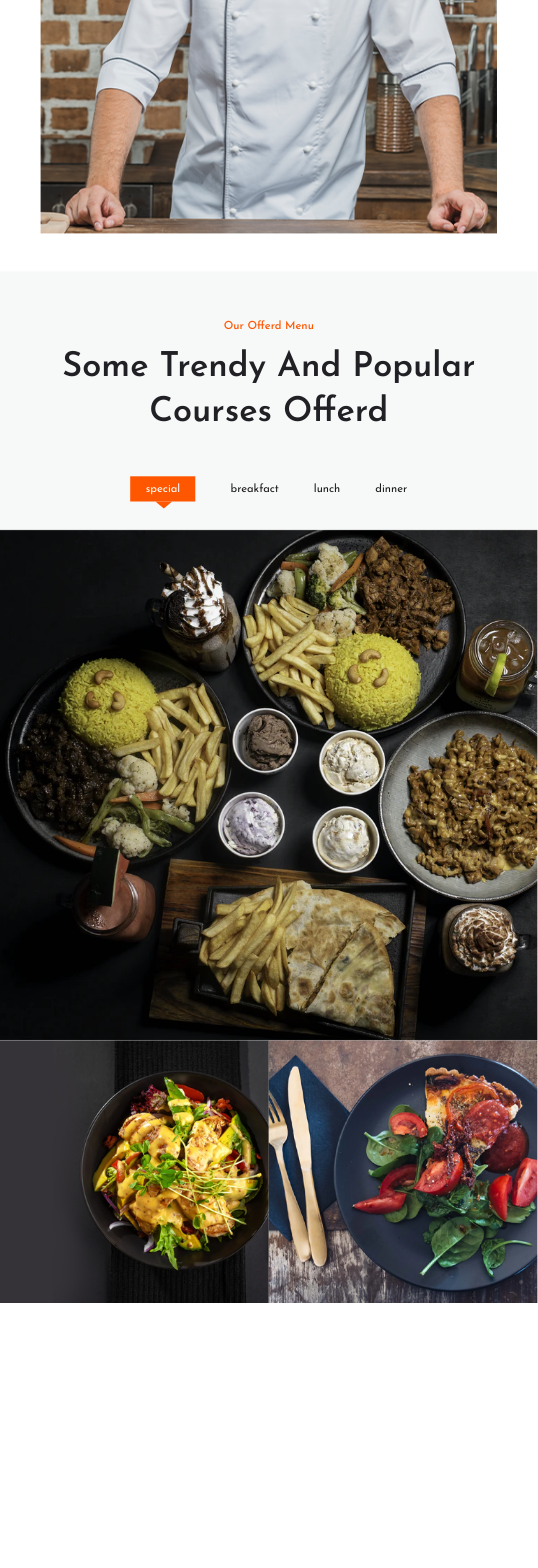
Repository: Ebtehal18/food
Page: index.html
These files come from the project's save history. The page is drawn as it stood at one moment and after the next save; the edit follows.
The browser window is 768 px wide. The pictures show the part of the page from y = 1519 to 3759 px (the page is 10000 px tall), at 70% of full size.

Above is the page before, as saved 2024-01-18 18:38:57.

### index.html
<!DOCTYPE html>
<html lang="en">
  <head>
    <meta charset="UTF-8" />
    <meta name="viewport" content="width=device-width, initial-scale=1.0" />
    <title>Food All</title>
    <link rel="preconnect" href="https://fonts.googleapis.com">
    <link rel="preconnect" href="https://fonts.gstatic.com" crossorigin>
    <link href="https://fonts.googleapis.com/css2?family=Josefin+Sans:wght@200;300;400;500;600;700&display=swap" rel="stylesheet">
    <link rel="stylesheet" href="asessets/css/style.css" />
    <link rel="stylesheet" href="asessets/css/External/all.min.css" />
  </head>
  <body>
    <!-- nav bar -->
    <header class="header">
      <div class="logo"><img src="asessets/imgs/logo.png" alt="logo" /></div>
      <label for="checkbox"><i class="fa-solid fa-bars"></i></label>
      <input type="checkbox" id="checkbox">
      <nav class="nav">
        <ul class="nav-list">
          <li class="list-item"><a href="#">Home</a></li>
          <li class="list-item"><a href="#">About</a></li>
          <li class="list-item"><a href="#">Menu</a></li>
          <li class="list-item">
            <a href="#">Blog</a>
            <ul class="dropdown-list">
              <li class="dropdown-item"><a href="#">Blog</a></li>
              <li class="dropdown-item"><a href="#">Blog Details</a></li>
              <li class="dropdown-item"><a href="#">Element</a></li>
            </ul>
          </li>
          <li class="list-item"><a href="#">Contact</a></li>
        </ul>
      </nav>
      <button class="btn btn-nav">Order Online</button>
    </header>

    <!-- hero -->

    <section class="hero">
      <div class="container">
        <div class="row">
         <div class="hero-content">
           <span class="span">Discover Your Teste</span>
          <h1>We belive good food offer great smile</h1>
          <p>
            Ut enim ad minim veniam, quis nostrud exercitation ullamco laboris
            nisi ut aliquip ex ea commodo consequat is aute irure.
          </p>
          <button class="btn-hero">Resurvation</button>
        </div>
          </div>
        </div>
      </div>
    </section>

  <!-- about -->
    <section class="about">
      <div class="container">
        <div class="row">
        <div class="about-content">
          <span class="span">Discover Your Teste</span>
          <h2>We Provide Good Food For Your Family!</h2>
          <p>Ut enim acgsd minim veniam, quxcis nostrud exercitation ullamco laboris nisi ufsit aliquip ex ea commodo consequat is aute irure m, quis nostrud exer.</p>
          <div class="row">
        <div class="about-detail">
          <div class="about-icon">
            <img src="asessets/imgs/cooking.png" alt="cooking">
          </div>
        <p>Ut enim ad minim veniam, quis nostrud exer.</p>
      </div>
        <div class="about-detail">
          <div class="about-icon">
            <img src="asessets/imgs/restaurant.png" alt="cooking">
          </div>
        <p>Ut enim ad minim veniam, quis nostrud exer.</p>
      </div>
        <div class="about-detail">
          <div class="about-icon">
            <img src="asessets/imgs/chef.png" alt="cooking">
          </div>
        <p>Ut enim ad minim veniam, quis nostrud exer.</p>
      </div>
        <div class="about-detail">
          <div class="about-icon">
            <img src="asessets/imgs/cooking.png" alt="cooking">
          </div>
        <p>Ut enim ad minim veniam, quis nostrud exer.</p>
      </div>
          </div>
        </div>
        <div class="about-img">
          <img src="asessets/imgs/about.png" alt="chef's img">
        </div>
        </div>
      </div>
    </section>
    <!-- menu -->
    <section class="menu-sec">
      <div class="menu">
         <div class="container">
        <div class="menu-heading">
          <span class="span">Our Offerd Menu</span>
          <h2>Some Trendy And Popular Courses Offerd</h2>
          <ul class="list-menu">
            <li class="menu-item"><a href="#">special</a></li>
            <li  class="menu-item"><a href="#">breakfact</a></li>
            <li  class="menu-item"><a href="#">lunch</a></li>
            <li  class="menu-item"><a href="#">dinner</a></li>
          </ul>
        </div>


      </div>
    </div>
      <div class="grid-menu">
        <div class="menu-img">
          <div class="overlay">
            <span class="span">$25</span>
            <h2>Delicious Food</h2>
            <p>Ut enim ad minim veniam quis nostr.</p>
            <button class="btn-hero">Order Now</button>
          </div>
        </div>
        <div class="menu-img"> <div class="overlay">
          <span class="span">$25</span>
          <h2>Delicious Food</h2>
          <p>Ut enim ad minim veniam quis nostr.</p>
          <button class="btn-hero">Order Now</button>
        </div></div>
        <div class="menu-img"> <div class="overlay">
          <span class="span">$25</span>
          <h2>Delicious Food</h2>
          <p>Ut enim ad minim veniam quis nostr.</p>
          <button class="btn-hero">Order Now</button>
        </div></div>
        <div class="menu-img"> <div class="overlay">
          <span class="span">$25</span>
          <h2>Delicious Food</h2>
          <p>Ut enim ad minim veniam quis nostr.</p>
          <button class="btn-hero">Order Now</button>
        </div></div>

      </div>
    </section>

  </body>
</html>

### asessets/css/style.css
/*
=======================================================
          public styles
======================================================= */
*,
*::after,
*::before {
  margin: 0;
  padding: 0;
  box-sizing: border-box;
}
html,
body {
  overflow-x: hidden;
}
body {
  font-family: "Josefin Sans", sans-serif;
  color: #141517;
  height: 10000px;
}
a {
  text-decoration: none;
}
li {
  list-style: none;
}
.container {
  width: 85%;
  margin: auto;
}
.row {
  display: flex;
  justify-content: space-between;
  align-items: flex-start;
}
.span {
  color: #ff5600;
  font-size: 16px;
  font-weight: 500;
  display: inline-block;
}

@media (max-width: 767px) {
  .row {
    flex-flow: column wrap;
  }
}

/*
=====================================================
            end public styles
=====================================================
 */

/* ===============
        navbar
 ================= */
.header {
  z-index: 999;
  display: flex;
  background-color: #fff;
  position: fixed;
  justify-content: space-around;
  align-items: center;
  top: 0;
  padding: 20px 65px;
  width: 100%;
}
.header .logo {
  width: 46%;
}
.header .nav .nav-list .list-item {
  padding: 0 30px;
  display: inline-block;
}
.header .nav .nav-list .list-item a {
  color: #141517;
  font-weight: 400;
  font-size: 16px;
  text-decoration: none;
}
.header .nav .nav-list .list-item a:hover {
  color: #ff5600;
}
.header .nav .nav-list .list-item:nth-child(4) {
  position: relative;
}
.header .nav .list-item .dropdown-list {
  padding: 10px 15px;
  background-color: #fff;
  position: absolute;
  top: 44px;
  left: -4px;
  opacity: 0;
  transition: all 0.4s ease-in;
  -webkit-transition: all 0.4s ease-in;
  -moz-transition: all 0.4s ease-in;
  -ms-transition: all 0.4s ease-in;
  -o-transition: all 0.4s ease-in;
}
.header .nav .nav-list .list-item:nth-child(4):hover .dropdown-list {
  opacity: 1;
  top: 63px;
}

.header .nav .list-item .dropdown-list li {
  width: 140px;
  display: inline-block;
  margin-bottom: 20px;
}
.header .btn {
  position: relative;
  z-index: 1;
  cursor: pointer;
  color: #464d65;
  outline: none;
  border: 1px solid #ff5600;
  font-size: 14px;
  font-weight: 500;
  background-color: transparent;
  padding: 19px 47px;
  border-radius: 5px;
  -webkit-border-radius: 5px;
  -moz-border-radius: 5px;
  -ms-border-radius: 5px;
  -o-border-radius: 5px;
  transition: all 0.4s ease-in;
  -webkit-transition: all 0.4s ease-in;
  -moz-transition: all 0.4s ease-in;
  -ms-transition: all 0.4s ease-in;
  -o-transition: all 0.4s ease-in;
}
.header .btn::before {
  background-color: #ff5600;
  position: absolute;
  content: "";
  top: 0;
  left: 0;
  height: 0%;
  width: 100%;
  z-index: -1;
  transition: all 0.4s ease-in;
  -webkit-transition: all 0.4s ease-in;
  -moz-transition: all 0.4s ease-in;
  -ms-transition: all 0.4s ease-in;
  -o-transition: all 0.4s ease-in;
}
.header .btn:hover {
  color: #fff;
}
.header .btn:hover::before {
  height: 100%;
}
.header input,
label {
  display: none;
}
@media (max-width: 1100px) {
  .header .logo {
    width: 20%;
  }
}

@media (max-width: 991px) {
  .header {
    justify-content: space-between;
    padding: 10px 20px;
  }
  .header .logo {
    width: 84%;
  }
  .header nav .nav-list {
    display: none;
  }
  .header .nav-list {
    padding: 20px 0;
    left: 0;
    right: 0;
    background-color: #ffb400fa;
    position: absolute;
    top: 100%;
  }

  .header .nav .nav-list .list-item {
    margin-bottom: 20px;
    padding: 0 30px;
    display: block;
  }
  .header .nav .nav-list .list-item a {
    color: #fff;
  }

  .header .nav .nav-list .list-item:nth-child(4):hover .dropdown-list {
    border-radius: 5px;
    left: 30px;
    top: 23px;
    background-color: #ff5600;
    -webkit-border-radius: 5px;
    -moz-border-radius: 5px;
    -ms-border-radius: 5px;
    -o-border-radius: 5px;
  }
  .header .nav .list-item .dropdown-list li {
    display: block;
  }
  .header .nav .list-item .dropdown-list a,
  .header .nav .list-item .dropdown-list a:hover {
    color: #fff;
  }
  .header .btn {
    display: none;
  }
  .header label {
    display: block;
  }
  .header label i {
    font-size: 24px;
  }
  .header input:checked + nav .nav-list {
    display: block;
  }
}

/* ===============
       end  navbar
 ================= */
/* ===============
       hero
 ================= */
.hero {
  display: flex;
  width: 100%;
  height: 1080px;
  background-image: url(../imgs/h1_hero.png);
  background-size: cover;
  background-position: bottom;
}

/* .hero .hero-content {
  margin-top: -237px;
} */

.hero .hero-content h1 {
  margin-top: 40px;
  font-weight: 700;
  color: #212025;
  font-size: 87px;
  width: 80%;
  line-height: 1.4;
}
.hero .hero-content p {
  font-weight: 400;
  margin-bottom: 30px;
  line-height: 1.3;
  width: 44%;
  color: #212025;
  font-size: 16px;
}
 .btn-hero {
  letter-spacing: 1.1px;
  position: relative;
  z-index: 1;
  cursor: pointer;
  color: #fff;
  outline: none;
  border: 1px solid #ff5600;
  font-size: 14px;
  font-weight: 500;
  background-color: #ff5600;
  padding: 19px 47px;
  border-radius: 5px;
  -webkit-border-radius: 5px;
  -moz-border-radius: 5px;
  -ms-border-radius: 5px;
  -o-border-radius: 5px;
  transition: all 0.4s ease-in;
  -webkit-transition: all 0.4s ease-in;
  -moz-transition: all 0.4s ease-in;
  -ms-transition: all 0.4s ease-in;
  -o-transition: all 0.4s ease-in;
}
 .btn-hero::before {
  z-index: -1;
  content: "";
  background-color: rgba(0, 0, 0, 0.6);
  top: 0;
  left: 0;
  width: 0;
  height: 100%;
  position: absolute;
  transition: all 0.4s;
  -webkit-transition: all 0.4s;
  -moz-transition: all 0.4s;
  -ms-transition: all 0.4s;
  -o-transition: all 0.4s;
}
.btn-hero:hover::before {
  filter: grayscale(50%);
  width: 100%;
  -webkit-filter: grayscale(50%);
}
@media (max-width: 1100px) {
  .hero .hero-content {
    margin: 0;
  }
  .hero .hero-content h1 {
    font-size: 60px;
  }
}

@media (max-width: 991px) {
  .hero {
    height: 700px;
  }
  .hero .hero-content {
    margin: 0;
    padding: 206px 0 100px;
  }
  .hero .hero-content .span {
    margin-bottom: 40px;
  }
  .hero .hero-content h1 {
    width: 88%;
    font-size: 50px;
    margin-bottom: 40px;
  }
  .hero .hero-content p {
    line-height: 1.4;
    width: 74%;
  }
}

@media (max-width: 767px) {
  .hero {
    height: 600px;
  }
  .hero .hero-content {
    padding: 100px 0 0;
    margin: 0;
  }
  .hero .hero-content span {
    margin-bottom: 20px;
  }
  .hero .hero-content h1 {
    font-size: 27px;
    width: 100%;
    margin-bottom: 30px;
  }
  .hero .hero-content p {
    margin-bottom: 20px;
    width: 100%;
  }
}

/* about */
.about {
  padding: 100px 0;
}
.about .container .row {
  align-items: center;
}
.about .about-content {
  width: 50%;
}
.about .about-content h2 {
  margin: 15px 0 20px;
  color: #212025;
  font-size: 49px;
  font-weight: 600;
  line-height: 1.4;
  width: 83%;
}
.about .about-content p {
  width: 77%;
  color: #212025;
  font-size: 16px;
  font-weight: 400;
  line-height: 1.3;
}
.about .about-content .row {
  margin-top: 50px;
  display: grid;
  grid-template-columns: repeat(2, 1fr);
  gap: 20px;
}
.about .about-content .row .about-detail {
  display: flex;
  gap: 20px;
  align-items: center;
}
.about .about-content .row .about-detail p {
  width: 69%;
}

.about .row .about-detail .about-icon {
  width: 15%;
}
.about .row .about-detail .about-icon img,
.about .about-img img {
  width: 100%;
}
.about .about-img {
  width: 50%;
}
@media (max-width: 991px) {
  .about {
    padding: 50px 0;
  }
  .about .row {
    flex-flow: row wrap;
  }
  .about .about-content {
    width: 100%;
  }
  .about .about-content h2 {
    width: 100%;
    font-size: 27px;
  }
  .about .about-content .row {
    margin-top: 25px;
    display: grid;
    grid-template-columns: repeat(2, 1fr);
    gap: 20px;
  }
  .about .about-img {
    margin-top: 20px;
    width: 100%;
  }
}

@media (max-width: 767px) {
  .about {
    padding: 40px 0;
  }
  .about .about-content {
    width: 100%;
  }
  .about .about-content h2 {
    width: 100%;
    font-size: 27px;
  }
  .about .about-content .row {
    margin-top: 25px;
    display: grid;
    grid-template-columns: repeat(1, 1fr);
    gap: 20px;
  }
  .about .about-img {
    margin-top: 20px;
    width: 100%;
  }
}
/* menu */
.menu {
  background-image: url(../imgs/section_bg01.png);
  background-size: cover;
  background-position: center center;
  padding: 70px 0 50px;
}
.menu .menu-heading {
  text-align: center;
}

.menu .menu-heading h2 {
  line-height: 1.3;
  margin: auto;
  width: 59%;
  color: #212025;
  font-size: 49px;
  font-weight: 600;
  margin-top: 20px;
}
.menu .menu-heading .list-menu {
  align-items: center;
  margin-top: 70px;
  display: flex;
  justify-content: center;
  gap: 50px;
}
}
.menu .menu-heading .list-menu li a{
  text-transform: uppercase;

}

.menu .menu-heading .list-menu li:not(:first-child) a {
  z-index: 1;
  font-weight: 400;
  font-size: 16px;
  color: #1b1b1b;
  text-decoration: none;
}

.menu .menu-heading .list-menu li:first-child a {
  background-color: #ff5600;
  padding: 10px 22px;
  position: relative;
  color: #fff;
}
.menu .menu-heading .list-menu li:first-child a::before {
  top: 36px;
  left: 38%;
  content: "";
  position: absolute;
  width: 0;
  height: 0;
  border-bottom: 12px solid transparent;
  border-top: 10px solid #ff5600;
  border-left: 12px solid transparent;
  border-right: 12px solid transparent;
}



.menu-sec .grid-menu{
  display: grid;
  grid-template-columns: repeat(4,1fr);
  grid-template-rows: repeat(2,1fr);
}
.menu-sec .grid-menu .menu-img {
  overflow: hidden;
  position: relative;
}
.menu-sec .grid-menu .menu-img .overlay{
 width: 100%;
 height: 100%;
 display: flex;
 align-items: center;
 justify-content: center;
 flex-direction: column;
 position: absolute;
 z-index: 1;
 text-align: center;
 background-color: rgba(0, 0, 0, 0.6);
 opacity: 0;
 transition:all 0.4s ease-in ;
 -webkit-transition:all 0.4s ease-in ;
 -moz-transition:all 0.4s ease-in ;
 -ms-transition:all 0.4s ease-in ;
 top: 40%;
 -o-transition:all 0.4s ease-in ;
}
.menu-sec .grid-menu .menu-img:hover .overlay{
  top: 0;
  opacity: 1;
}
.menu-sec .grid-menu .menu-img .overlay .span{
  font-size: 30px;
}
.menu-sec .grid-menu .menu-img .overlay h2{
  color: #fff;
font-size: 50px;
font-weight: 700;
margin-bottom: 20px;

}
.menu-sec .grid-menu .menu-img .overlay p{
      margin-bottom: 20px;
      color: #fff;
      font-size: 13px;
}

.menu-sec .grid-menu .menu-img:nth-child(1){
  grid-column: 1/3;
  grid-row: 1/-1;
  background-image: url(../imgs/gallery1.png);
  background-size: cover;
  background-position: bottom;
  min-height: 730px;
}

.menu-sec .grid-menu .menu-img:nth-child(2){
  background-image: url(../imgs/gallery2.png);
  background-size: cover;
  background-position: left;
  min-height: 730px;
  grid-row: 1/-1;

}
.menu-sec .grid-menu .menu-img:nth-child(3) {
  background-image: url(../imgs/gallery3.png);
  background-size: cover;
  background-position: left;
  min-height: 375px;

}
.menu-sec .grid-menu .menu-img:nth-child(4) {
  background-image: url(../imgs/gallery4.png);
  background-size: cover;
  background-position: left;
  min-height: 375px;
}

@media (max-width:991px) {
  .menu .menu-heading h2 {
    width: 100%;
  }
  /* .menu .menu-heading .list-menu .menu-item {
    width: 30%;
    margin-bottom: 20px;
} */
.menu-sec .grid-menu {
  display: grid;
  grid-template-columns: repeat(2,1fr);
   /* grid-template-rows: ; */
  }
  /* .menu-sec .grid-menu .menu-img:nth-child(1) {
    background-position: left;
    grid-column: unset;
     grid-row: unset;
  }
  .menu-sec .grid-menu .menu-img:nth-child(2) {
    grid-row: unset;
} */
.menu-sec .grid-menu .menu-img .overlay h2{
  font-size: 35px;
  }
}
@media (max-width:767px) {
  .menu .menu-heading h2 {
    width: 100%;
    font-size: 24px;
  }
  .menu .menu-heading .list-menu {
    flex-flow: row wrap;
    gap: 0;
  }
  .menu .menu-heading .list-menu .menu-item {
    width: 30%;
    margin-bottom: 20px;
}
.menu-sec .grid-menu {
  display: grid;
  grid-template-columns: unset;
   grid-template-rows: unset;
  }
  .menu-sec .grid-menu .menu-img:nth-child(1) {
    background-position: left;
    grid-column: unset;
     grid-row: unset;
  }
  .menu-sec .grid-menu .menu-img:nth-child(2) {
    grid-row: unset;
}
.menu-sec .grid-menu .menu-img .overlay h2{
font-size: 30px;
}
}

Loaded but not shown: asessets/css/External/all.min.css (library)

After the next save:
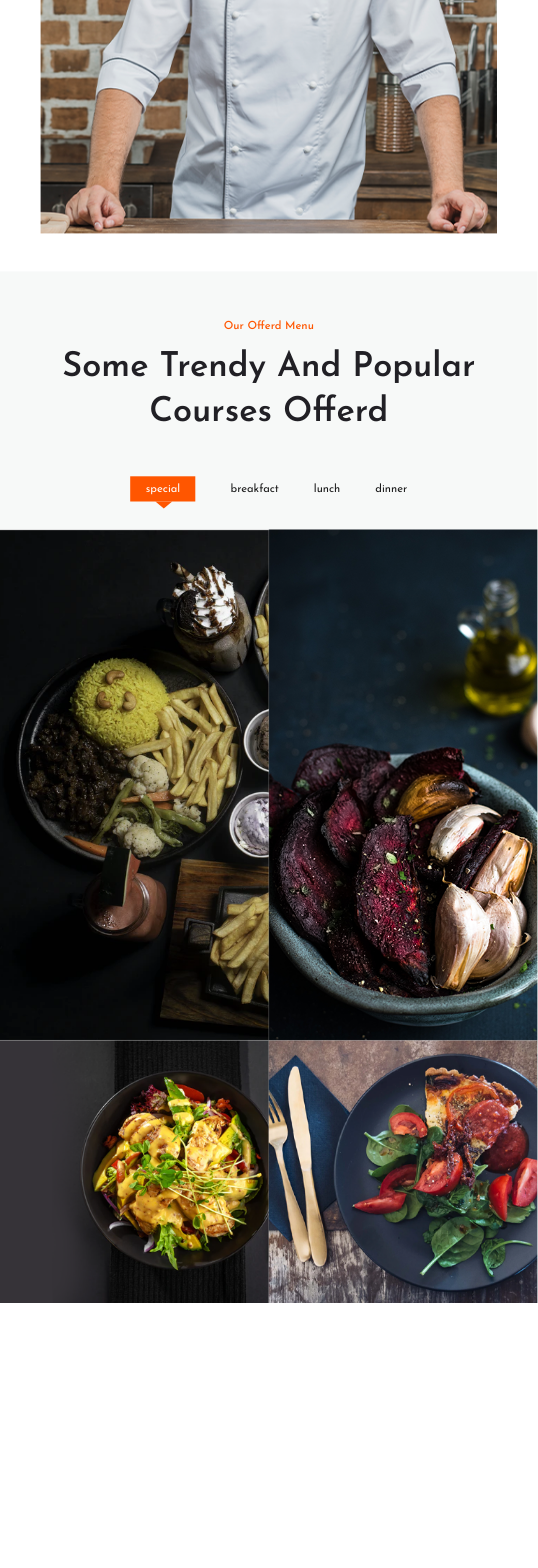
Saved 3 min 27 s later.
--- a/asessets/css/style.css
+++ b/asessets/css/style.css
@@ -604,14 +604,14 @@ margin-bottom: 20px;
   grid-template-columns: repeat(2,1fr);
    /* grid-template-rows: ; */
   }
-  /* .menu-sec .grid-menu .menu-img:nth-child(1) {
+ .menu-sec .grid-menu .menu-img:nth-child(1) {
     background-position: left;
-    grid-column: unset;
-     grid-row: unset;
-  }
-  .menu-sec .grid-menu .menu-img:nth-child(2) {
+    grid-column: 1/2;
+
+  }
+  /* .menu-sec .grid-menu .menu-img:nth-child(2) {
     grid-row: unset;
-} */
+}  */
 .menu-sec .grid-menu .menu-img .overlay h2{
   font-size: 35px;
   }
